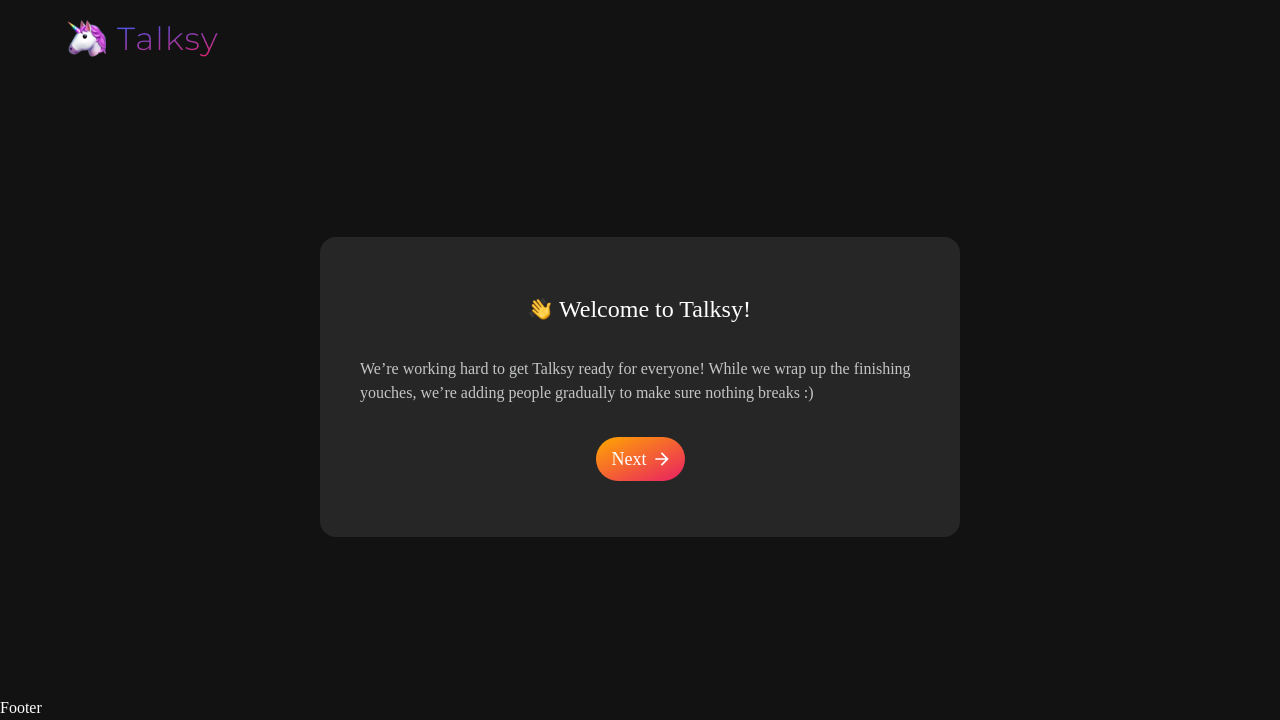
Repository: Krishna-bansall/Talksy
Page: / (app in Frontend/)
An editor plug-in stored every save of this project. The page is shown before and after the next save, followed by the edit.
The browser window is 1280 px wide. The pictures show the whole page.
The project was rebuilt for these pictures with package versions that can differ from the ones it lists, and the page was loaded fresh each time. The framework's server and built-in components were replaced by stand-ins that run in the browser. Also part of the build but not shown: Frontend/next.config.js.

Above is the page before, as saved 2022-05-19 17:44:34.

After the next save:
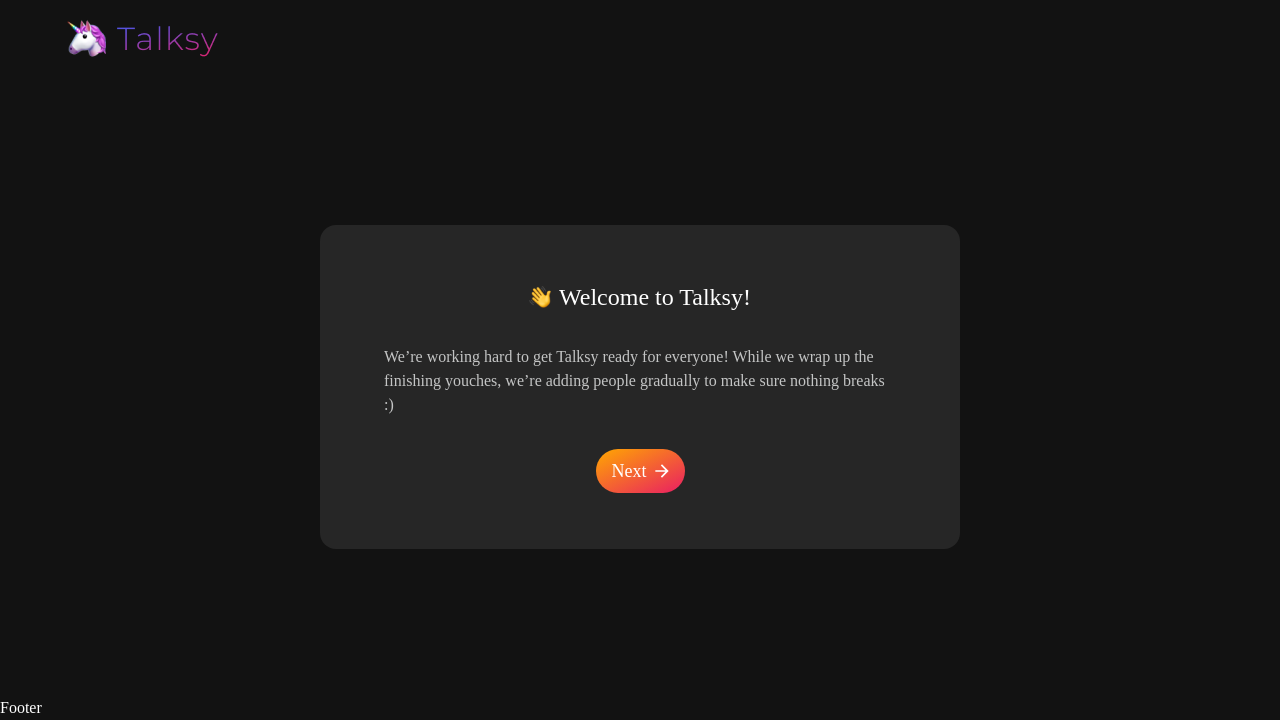
Saved 60 s later.
--- a/Frontend/pages/index.tsx
+++ b/Frontend/pages/index.tsx
@@ -14,7 +14,7 @@
           <h1 className="ml-2 text-2xl font-light">Welcome to Talksy!</h1>
         </div>
         <div className="my-4 flex justify-center ">
-          <p className="px-10 text-txtSecondary">
+          <p className="px-16 text-txtSecondary">
             We’re working hard to get Talksy ready for everyone! While we wrap
             up the finishing youches, we’re adding people gradually to make sure
             nothing breaks :)
